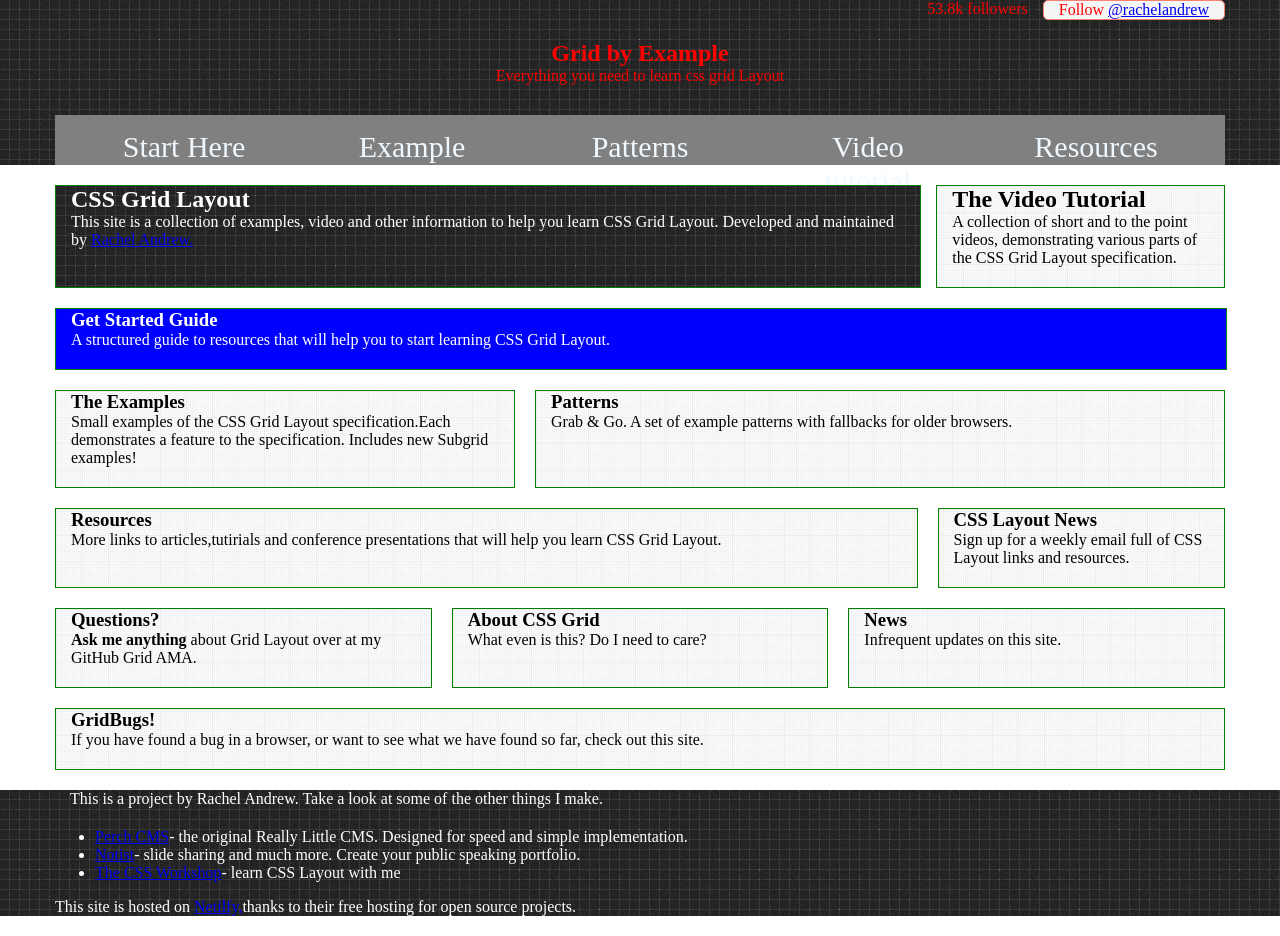
Repository: sitikhusushan/grid
Page: index.html
The author's editor kept a copy of each file at every save. The page is drawn from the files as they stood at one save, then again after the next save.
The browser window is 1280 px wide. The pictures show the whole page.

Above is the page before, as saved 2020-05-13 19:48:37.

### index.html
<!DOCTYPE html>
<html lang="en">
  <head>
    <meta charset="UTF-8" />
    <meta name="viewport" content="width=device-width, initial-scale=1.0" />
    <title>Grid View</title>
    <link rel="stylesheet" href="style.css" />
    <!-- <link href="/your-path-to-fontawesome/css/all.css" rel="stylesheet"> -->
  </head>
  <body>
    <header>
    <div class="header">
      <div class="container">
        <div class="balance">
          <div class="social">
            <a href="#"><i class="fab fa-twitter"></i>
            </a>
          <span> <p> Follow <a href="#">@rachelandrew</a> </p></span>
          </div>
          <div class="social2">
          <span> <p> 53.8k followers</p>
          </span>
          </div>
          <div class="top">
        <h2>Grid by Example</h2>
        <p>Everything you need to learn css grid Layout</p>
        </div>
        </div>
        <ul>
          <li>Start Here</li>
          <li>Example</li>
          <li>Patterns</li>
          <li>Video tutorial</li>
          <li>Resources</li>
        </ul>
      </div>
    </div>
    </header>
    <div class="layout">
      <div class="container">
        <div class="layouts">
        <div class="left">
          <h2>CSS Grid Layout</h2>
          <p>
            This site is a collection of examples, video and other information
            to help you learn CSS Grid Layout. Developed and maintained by
            <a href="#">Rachel Andrew.</a>
          </p>
        </div>
        <div class="right">
          <h2>The Video Tutorial</h2>
          <p>
            A collection of short and to the point videos, demonstrating various
            parts of the CSS Grid Layout specification.
          </p>
        </div>
      </div>
    </div>
    </div>
    <div class="guide ">
      <div class="container">
        <div class="guides">
        <h3>Get Started Guide</h3>
        <p>
          A structured guide to resources that will help you to start learning
          CSS Grid Layout.
        </p>
      </div>
      </div>
    </div>
    <div class="new">
      <div class="container">
        <div class="news">
        <div class="left">
          <h3>The Examples</h3>
          <p>
            Small examples of the CSS Grid Layout specification.Each
            demonstrates a feature to the specification. Includes new Subgrid
            examples!
          </p>
        </div>
        <div class="right">
          <h3>Patterns</h3>
          <p>
            Grab & Go. A set of example patterns with fallbacks for older
            browsers.
          </p>
        </div>
      </div>
    </div>
    </div>
    <div class="resources">
      <div class="container">
        <div class="rs">
        <div class="left">
          <h3>Resources</h3>
          <p>
            More links to articles,tutirials and conference presentations that
            will help you learn CSS Grid Layout.
          </p>
        </div>
        <div class="right">
          <h3>CSS Layout News</h3>
          <p>
            Sign up for a weekly email full of CSS Layout links and resources.
          </p>
        </div>
      </div>
    </div>
    </div>
    <div class="question">
      <div class="container">
        <div class="qs">
        <div class="left">
          <h3>Questions?</h3>
          <p>
            <b>Ask me anything</b> about Grid Layout over at my GitHub Grid AMA.
          </p>
        </div>
        <div class="middle">
          <h3>About CSS Grid</h3>
          <p>What even is this? Do I need to care?</p>
        </div>
        <div class="right">
          <h3>News</h3>
          <p>Infrequent updates on this site.</p>
        </div>
      </div>
      </div>
    </div>
    <div class="bugs">
      <div class="container">
        <div class="bug">
        <h3>GridBugs!</h3>
        <p>
          If you have found a bug in a browser, or want to see what we have
          found so far, check out this site.
        </p>
      </div>
    </div>
    </div>
  <footer>
    <div class="foo">
      <div class="container">
      <p>This is a project by Rachel Andrew. Take a look at some of the other things I make.
        <ul>
          <li><a href="#">Perch CMS</a>- the original Really Little CMS. Designed for speed and simple implementation.</li>
          <li><a href="#">Notist</a>- slide sharing and much more. Create your public speaking portfolio.</li>
          <li><a href="#">The CSS Workshop</a>- learn CSS Layout with me</li>
        </ul>
        This site is hosted on <a href="#">Netilfy,</a>thanks to their free hosting for open source projects.
      </p>
      </div>
    </div>
  </footer>
  </body>
</html>

### style.css
body {
  padding: 0px;
  margin: 0px;
}

.container {
  width: 1170px;
  margin-left: auto;
  margin-right: auto;
  max-width: 100%;
  padding-left: 15px;
  padding-right: 15px;
}

/* .social {
  float: right;
  margin-bottom: 50px;
} */

img {
  width: 15px;
  height: 15px;
  margin: 0px;
  padding: 0px;
}

.social p {
  border-radius: 5px;
  border: salmon 1px solid;
  background-color: whitesmoke;
}

/* * {
  -webkit-box-sizing: border-box;
  -moz-box-sizing: border-box;
  box-sizing: border-box;
} */

.header {
  background-image: url("image/inflicted.png");
  color: aliceblue;
}

.balance {
  text-align: center;
  color: red;
}

/* .top {
  position: initial;
  top: 50%;
  left: 50%;
  transform: translate(-50%, -50%);
} */
.balance h2 {
  padding-top: 40px;
}
/* .header ul {} */

/*
.header .container {
  margin: 0px;
  padding: 0px;
} */

.header ul {
  list-style: none;
  display: grid;
  grid-template-columns: repeat(5, 1fr);
  grid-gap: 50px;
  font-size: 30px;
  grid-auto-rows: 50px;
  margin-bottom: auto;
  text-align: center;
  background-color: grey;
  padding-right: 40px;
}
.header li {
  padding: 15px;
}

/* .social a {
  float: right;
} */

.social {
  float: right;
}

.social2 {
  float: right;
}

.header li:hover {
  background-color: black;
}

.layout .left {
  background-image: url("image/inflicted.png");
  color: #ffffff;
}

.right {
  background-image: url("image/tiny_grid.png");
}

.guides {
  width: 100%;
  background-color: blue;
  color: #ffffff;
  border: solid 1px green;
}

.left {
  background-image: url("image/tiny_grid.png");
}

.middle {
  background-image: url("image/tiny_grid.png");
}

.bug {
  background-image: url("image/tiny_grid.png");
  margin-bottom: 20px;
  border: solid 1px green;
}

footer {
  background-image: url("image/inflicted.png");
  color: #ffffff;
}

.layouts {
  display: grid;
  grid-template-columns: 3fr 1fr;
  grid-gap: 15px;
  margin-top: 20px;
  margin-bottom: 20px;
}

.layouts > div,
.news > div,
.rs > div,
.qs > div {
  border: solid 1px green;
}

.news {
  display: grid;
  grid-template-columns: 2fr 3fr;
  grid-gap: 20px;
  margin-top: 20px;
  margin-bottom: 20px;
}

.rs {
  display: grid;
  grid-template-columns: 3fr 1fr;
  grid-gap: 20px;
}

.qs {
  display: grid;
  grid-template-columns: 1fr 1fr 1fr;
  grid-gap: 20px;
  margin-top: 20px;
  margin-bottom: 20px;
}

h3,
p,
h2 {
  margin: 0px;
  padding-left: 15px;
  padding-right: 15px;
}

p {
  margin-bottom: 20px;
}

After the next save:
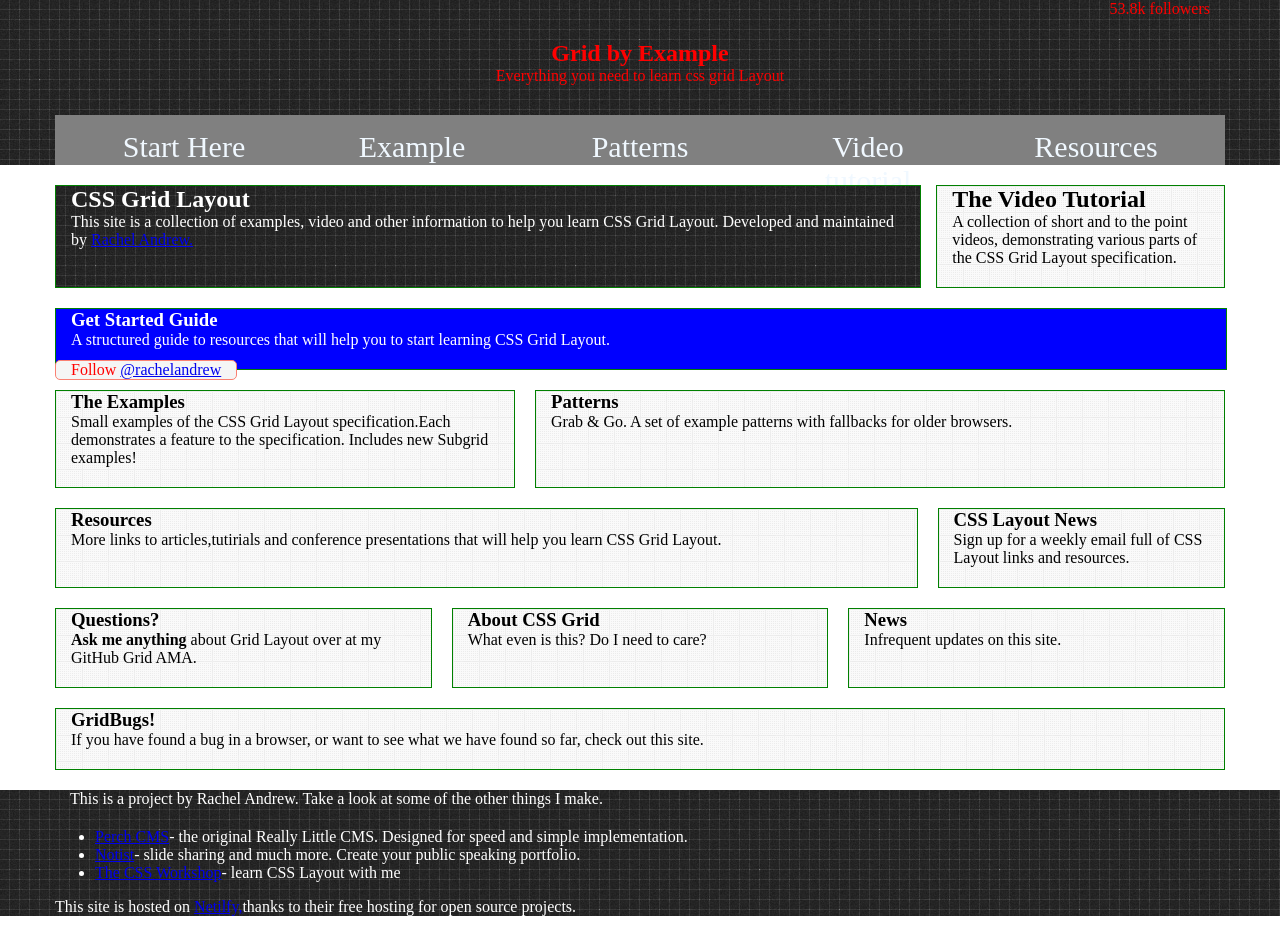
Saved 87 s later.
--- a/style.css
+++ b/style.css
@@ -84,7 +84,8 @@ img {
 } */
 
 .social {
-  float: right;
+  position: absolute;
+  top: 50%;
 }
 
 .social2 {
